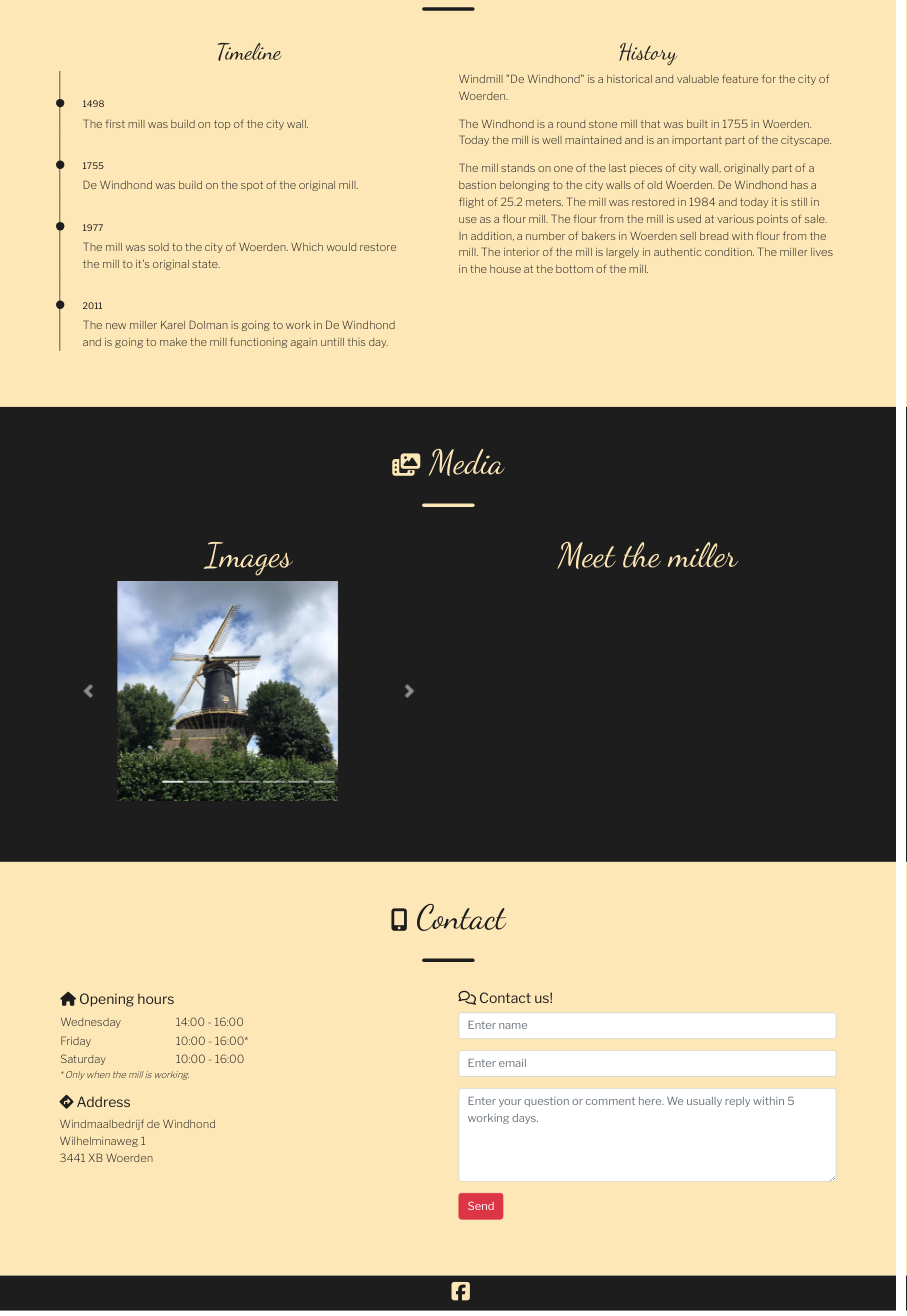
Repository: jdl208/DeWindhond
Page: index.html
The author's editor kept a record of every edit. The page is drawn from the files as they stood at one moment, then again after the next edit.
The browser window is 1280 px wide. The page is 1295 px wide, so the pictures cover 1295 px, including what lies to the right of the window. The pictures show the part of the page from y = 775 to 2655 px (the page is 2655 px tall), at 70% of full size.
Pictures or frames that could not be fetched are drawn as grey boxes. Some web libraries are served in a nearby version.

Above is the page before.

### index.html
<!DOCTYPE html>
<html lang="en">

<head>
    <meta charset="UTF-8">
    <meta name="viewport" content="width=device-width, initial-scale=1.0">
    <meta http-equiv="X-UA-Compatible" content="ie=edge">
    <title>Windmill "De Windhond"</title>
    <link rel="stylesheet" href="https://stackpath.bootstrapcdn.com/bootstrap/4.3.1/css/bootstrap.min.css" integrity="sha384-ggOyR0iXCbMQv3Xipma34MD+dH/1fQ784/j6cY/iJTQUOhcWr7x9JvoRxT2MZw1T" crossorigin="anonymous">
    <link href="https://fonts.googleapis.com/css?family=Dancing+Script:400,700&display=swap" rel="stylesheet">
    <link rel="stylesheet" href="assets/css/style.css" type="text/css" />

</head>

<body>

    <!-- Header and Navigation-->

    <header class="jumbotron" id="home">
        <nav class="navbar fixed-top navbar-expand-lg navbar-light">
            <div class="navbar-brand" href="#"></div>
            <button class="navbar-toggler" type="button" data-toggle="collapse" data-target="#navbarTogglerDemo02" aria-controls="navbarTogglerDemo02" aria-expanded="false" aria-label="Toggle navigation">
                <span class="navbar-toggler-icon"></span>
            </button>

            <div class="collapse navbar-collapse" id="navbarTogglerDemo02">
                <ul class="navbar-nav ml-auto mt-2 mt-lg-0">
                    <li class="nav-item ml-auto nav--link">
                        <a class="nav-link" href="#home"><strong>Home</strong><span class="sr-only">(current)</span></a>
                    </li>
                    <li class="nav-item ml-auto nav--link">
                        <a class="nav-link" href="#about"><strong>About</strong></a>
                    </li>
                    <li class="nav-item ml-auto nav--link">
                        <a class="nav-link" href="#media"><strong>Media</strong></a>
                    </li>
                    <li class="nav-item ml-auto nav--link">
                        <a class="nav-link" href="#contact"><strong>Contact</strong></a>
                    </li>
                </ul>
            </div>
        </nav>
        <h1 class="name">"De Windhond"</h1>
    </header>

    <!-- About -->

    <section class="light-bg sectioncontainer" id="about">
        <div class="container about">
            <h2><i class="far fa-list-alt media-icon"></i> About</h2>
            <hr class="block-divider dark-divider">

            <div class="row">
                <div class="col-md-6">
                    <h4>Timeline</h4>
                    <div class="history-items">
                        <div class="timeline-item" data-dates="1498">
                            <p>The first mill was build on top of the city wall.</p>
                        </div>
                        <div class="timeline-item" data-dates="1755">
                            <p>De Windhond was build on the spot of the original mill.</p>
                        </div>
                        <div class="timeline-item" data-dates="1977">
                            <p>The mill was sold to the city of Woerden. Which would restore the mill to it's original state.</p>
                        </div>
                        <div class="timeline-item" data-dates="2011">
                            <p>The new miller Karel Dolman is going to work in De Windhond and is going to make the mill functioning again untill this day.</p>
                        </div>
                    </div>
                </div>
                <div class="col-md-6">
                    <hr class="block-divider dark-divider d-md-none">
                    <h4>History</h4>

                    <p>Windmill "De Windhond" is a historical and valuable feature for the city of Woerden.</P>
                    <p>The Windhond is a round stone mill that was built in 1755 in Woerden. Today the mill is well maintained and is an important part of the cityscape.</p>
                    <p>The mill stands on one of the last pieces of city wall, originally part of a bastion belonging to the city walls of old Woerden. De Windhond has a flight of 25.2 meters. The mill was restored in 1984 and today it is still in use as
                        a flour mill. The flour from the mill is used at various points of sale. In addition, a number of bakers in Woerden sell bread with flour from the mill. The interior of the mill is largely in authentic condition. The miller lives
                        in the house at the bottom of the mill.
                    </p>
                </div>
            </div>
        </div>

    </section>

    <!-- Media section-->

    <section id="media" class="dark-bg mediabox">
        <div class="container sectioncontainer ">
            <H2><i class="fas fa-photo-video media-icon"></i> Media</H2>
            <hr class="block-divider yellow-divider">
            <div class="row">
                <div class="col-md-6 imagebox">
                    <h3>Images</h3>
                    <div id="carouselExampleIndicators" class="carousel slide mediacarroussel" data-ride="carousel">
                        <ol class="carousel-indicators">
                            <li data-target="#carouselExampleIndicators" data-slide-to="0" class="active"></li>
                            <li data-target="#carouselExampleIndicators" data-slide-to="1"></li>
                            <li data-target="#carouselExampleIndicators" data-slide-to="2"></li>
                            <li data-target="#carouselExampleIndicators" data-slide-to="3"></li>
                            <li data-target="#carouselExampleIndicators" data-slide-to="4"></li>
                            <li data-target="#carouselExampleIndicators" data-slide-to="5"></li>
                            <li data-target="#carouselExampleIndicators" data-slide-to="6"></li>
                        </ol>
                        <div class="carousel-inner">
                            <div class="carousel-item active">
                                <img src="assets/images/img1.jpg" class="d-block" alt="...">
                            </div>
                            <div class="carousel-item">
                                <img src="assets/images/img2.jpg" class="d-block" alt="...">
                            </div>
                            <div class="carousel-item">
                                <img src="assets/images/img3.jpg" class="d-block" alt="...">
                            </div>
                            <div class="carousel-item">
                                <img src="assets/images/img4.jpg" class="d-block" alt="...">
                            </div>
                            <div class="carousel-item">
                                <img src="assets/images/img5.jpg" class="d-block" alt="...">
                            </div>
                            <div class="carousel-item">
                                <img src="assets/images/img6.jpg" class="d-block" alt="...">
                            </div>
                            <div class="carousel-item">
                                <img src="assets/images/img7.jpg" class="d-block" alt="...">
                            </div>
                        </div>
                        <a class="carousel-control-prev" href="#carouselExampleIndicators" role="button" data-slide="prev">
                        <span class="carousel-control-prev-icon" aria-hidden="true"></span>
                        <span class="sr-only">Previous</span>
                    </a>
                        <a class="carousel-control-next" href="#carouselExampleIndicators" role="button" data-slide="next">
                        <span class="carousel-control-next-icon" aria-hidden="true"></span>
                        <span class="sr-only">Next</span>
                    </a>
                    </div>
                </div>
                <div class="col-md-6">
                    <hr class="block-divider yellow-divider d-md-none">
                    <h3>Meet the miller</h3>
                    <iframe width="100%" height="315" src="https://www.youtube.com/embed/lAjF5r5rAqM" frameborder="0" allow="accelerometer; autoplay; encrypted-media; gyroscope; picture-in-picture" allowfullscreen></iframe>
                </div>
            </div>
        </div>
    </section>

    <!-- Contact-->

    <section id="contact" class="sectioncontainer light-bg">
        <div class="container">
            <h2><i class="fas fa-mobile-alt media-icon"></i> Contact</h2>
            <hr class="block-divider dark-divider">
            <div class="row">
                <div class="col-md-6 contact_visiting">
                    <table>
                        <th>
                            <h5><i class="fas fa-home"></i> Opening hours</h5>
                        </th>
                        <tr>
                            <td>Wednesday</td>
                            <td>14:00 - 16:00</td>
                        </tr>
                        <tr>
                            <td>Friday</td>
                            <td>10:00 - 16:00*</td>
                        </tr>
                        <tr>
                            <td>Saturday</td>
                            <td>10:00 - 16:00</td>
                        </tr>

                    </table>
                    <p class="footnote_opening">* Only when the mill is working.</p>
                    <h5 class=""> </h5>
                    <h5><i class="fas fa-directions"></i> Address</h5>
                    <p>Windmaalbedrijf de Windhond<br> Wilhelminaweg 1<br> 3441 XB Woerden
                    </p>

                </div>

                <div class="col-md-6">
                    <h5><i class="far fa-comments"></i> Contact us!</h5>
                    <div class="form-group">
                        <input type="text" class="form-control" placeholder="Enter name" required>
                    </div>
                    <div class="form-group">
                        <input type="email" class="form-control" placeholder="Enter email" required>
                    </div>
                    <div class="form-group">
                        <textarea class="form-control" rows="5" Placeholder="Enter your question or comment here. We usually reply within 5 working days." required></textarea>
                    </div>
                    <button type="submit" class="btn btn-primary btn-danger">Send</button>
                    </form>
                </div>
            </div>

    </section>

    <footer class="dark-bg">
        <div class="row footer">
            <div class="col-12">
                <ul class="footerlist">
                    <li class="list-item-footer"><a class="light-link" href="https://www.facebook.com/windmaalbedrijfdewindhond?pnref=story"><i class="fab fa-facebook-square"></i></a></li>
                    <li class="list-item-footer"></li>
                </ul>
            </div>
        </div>
    </footer>

    <script src="https://code.jquery.com/jquery-3.3.1.slim.min.js" integrity="sha384-q8i/X+965DzO0rT7abK41JStQIAqVgRVzpbzo5smXKp4YfRvH+8abtTE1Pi6jizo" crossorigin="anonymous"></script>
    <script src="https://cdnjs.cloudflare.com/ajax/libs/popper.js/1.14.7/umd/popper.min.js" integrity="sha384-UO2eT0CpHqdSJQ6hJty5KVphtPhzWj9WO1clHTMGa3JDZwrnQq4sF86dIHNDz0W1" crossorigin="anonymous"></script>
    <script src="https://stackpath.bootstrapcdn.com/bootstrap/4.3.1/js/bootstrap.min.js" integrity="sha384-JjSmVgyd0p3pXB1rRibZUAYoIIy6OrQ6VrjIEaFf/nJGzIxFDsf4x0xIM+B07jRM" crossorigin="anonymous"></script>
    <script src="https://kit.fontawesome.com/70761e8d6e.js"></script>

</body>

</html>

### assets/css/style.css
@import url('https://fonts.googleapis.com/css?family=Dancing+Script:400,700|Libre+Franklin:200,300,400&display=swap');

body {
    font-family: "Libre Franklin";
    font-weight: 200;
}

.sectioncontainer {
    padding-top: 50px;
    padding-bottom: 80px;
}

a,
a:hover {
    text-decoration: none;
}

/* ---------------------------------------------- Colors */

.dark-bg {
    color: #fee7b6;
    background-color: rgba(29, 29, 29, 1);
}

.light-bg {
    background-color: #fee7b6;
    color: rgb(29, 29, 29);
}

.block-divider {
    width: 75px;
    height: 5px;
    border: 0;
    border-radius: 15px;
    margin-top: 30px;
    margin-bottom: 40px;
}

.yellow-divider {
    background-color: #fee7b6;
}

.dark-divider {
    background-color: rgb(29, 29, 29);
}

.light-link {
    color: #fee7b6;
}



/* ---------------------------------------------- Headings */

h2,
h3,
h4 {
    font-family: "dancing script";
    text-align: center;
    font-size: 3rem;
}

h4 {
    font-size: 2rem;

}

.media-icon {
    font-size: 32px;
}

/* ---------------------------------------------- Header and navbar */

.navbar {
    background: none;
}

.navbar-light {
    color: rgba(29, 29, 29, 1);
}

.nav-link {
    background-color: rgba(254, 231, 182, 0.8);
    border-radius: 15px;
    width: 77px;
    margin-left: 10px;
    text-align: center;
    border: rgba(29, 29, 29, 1) 1px solid;

}

.navbar-toggler {
    background-color: rgba(254, 231, 182, 0.8);
    border: rgba(29, 29, 29, 1) 1px solid;
}

.jumbotron {
    height: 90vh;
    background: url(../images/bgjt.jpg);
    background-position: top;
    background-size: cover;
    background-repeat: no-repeat;
    margin-bottom: 0;
}

.name {
    background-color: rgba(254, 231, 182, 0.8);
    color: rgba(29, 29, 29, 0.8);
    border: rgba(29, 29, 29, 0.8) solid 2px;
    height: 100px;
    width: 400px;
    max-width: 75vw;
    padding-top: 25px;
    border-radius: 100%;
    margin: auto;
    margin-top: 10vh;
    text-align: center;
    font-family: "dancing script";
}

/* ---------------------------------------------- About */

.history-heading {
    margin-bottom: 50px;
}

.timeline-item {
    padding: 4em 2em 0em 2em;
    position: relative;
    border-left: 1px solid;
}

.timeline-item p {
    padding: 0;
    margin: 0;
}

.timeline-item:before {
    content: attr(data-dates);
    position: absolute;
    left: 2.5em;
    top: 3em;
    display: block;
    font-weight: 500;
    font-size: 0.8em;
    padding: 0;
    margin: 0;
}

.timeline-item:after {
    width: 12px;
    height: 12px;
    display: block;
    top: 2.5em;
    position: absolute;
    left: -6px;
    border-radius: 12px;
    content: '';
    background: rgb(29, 29, 29);

}

/* ---------------------------------------------- Media */

.carousel-item {
    height: 315px;
}



.carousel-item img {
    margin: auto;
    height: 100%;
}

/* ---------------------------------------------- Contact */

.footnote_opening {
    font-size: smaller;
    font-style: italic;
}

/* ---------------------------------------------- Footer */

.footer {
    height: 50px;
    text-align: center;
}

.footerlist {
    list-style-type: none;
}

.list-item-footer {
    display: inline-block;
    color: #fee7b6;
    padding-top: 8px;
    margin-left: 20px;
}

footer li i {
    font-size: 30px;
}

After the next edit:
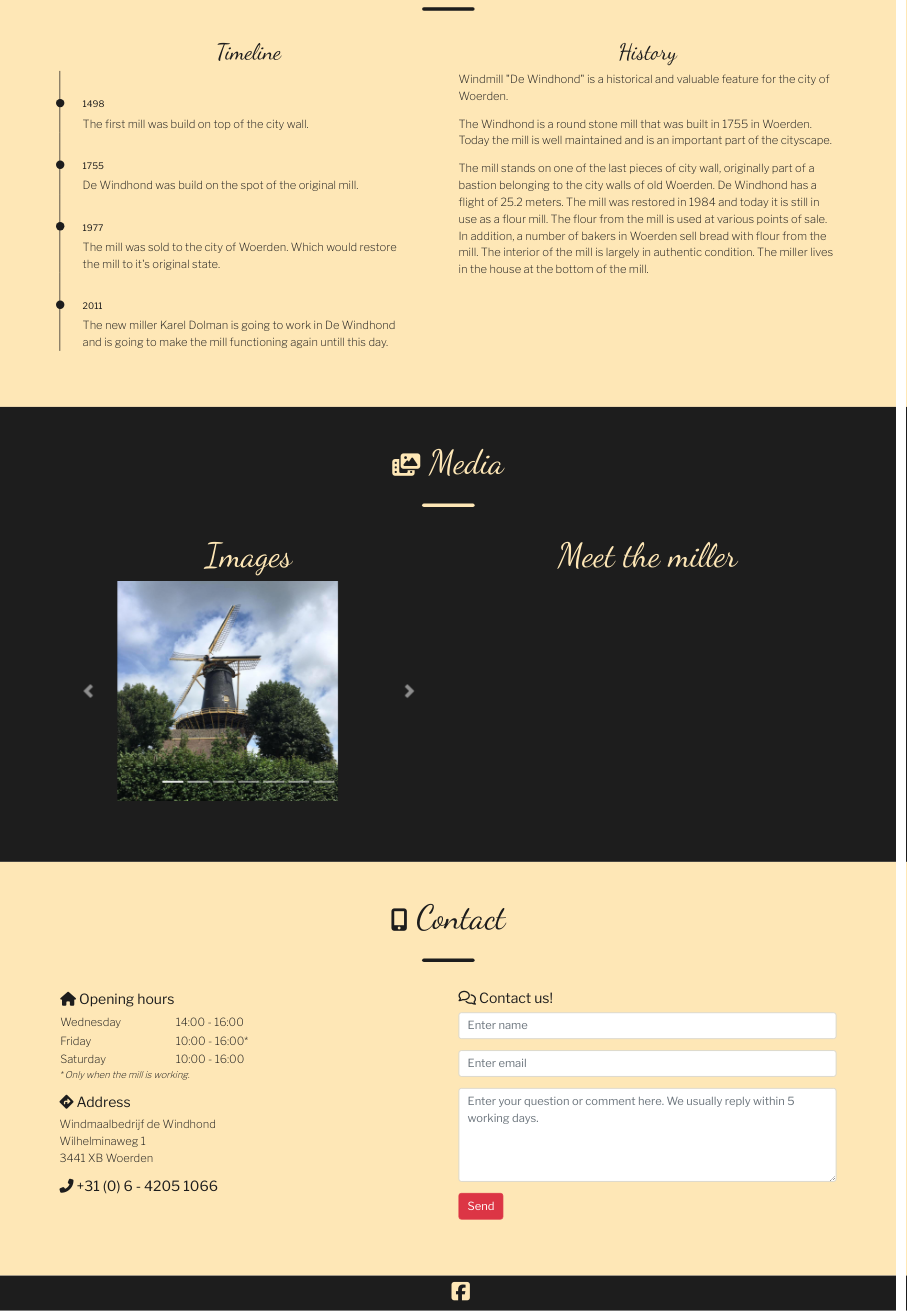
The edit:
--- a/index.html
+++ b/index.html
@@ -176,6 +176,7 @@
                     <h5><i class="fas fa-directions"></i> Address</h5>
                     <p>Windmaalbedrijf de Windhond<br> Wilhelminaweg 1<br> 3441 XB Woerden
                     </p>
+                    <h5><i class="fas fa-phone-alt"></i> +31 (0) 6 - 4205 1066</h5>
 
                 </div>
 
